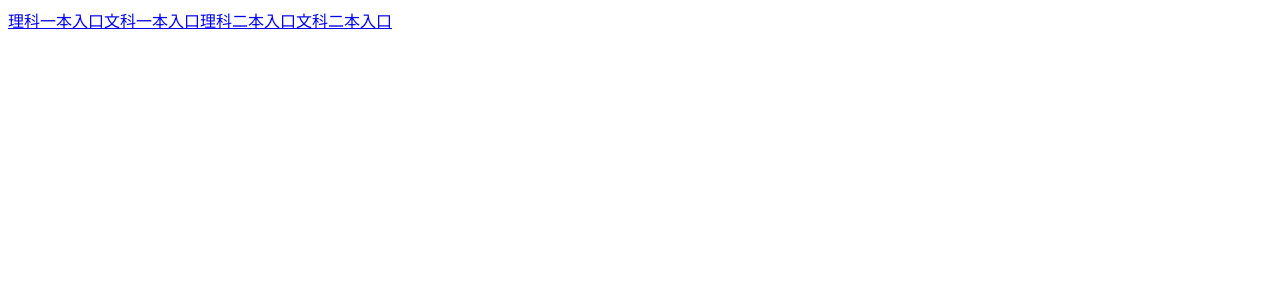
Repository: ClearLove007/Zhiyuan
Page: http://localhost/Zhiyuan/home.jsp
The author's editor kept a copy of each file at every save. The page is drawn from the files as they stood at one save, then again after the next save.
The browser window is 1280 px wide. The pictures show the whole page.
The page is served by Tomcat 9. Other server files are loaded and not shown.

Above is the page before, as saved 2019-06-10 23:18:56.

### Zhiyuan/WebContent/home.jsp
<?xml version="1.0" encoding="utf-8" ?>
<%@ page language="java" contentType="text/html; charset=utf-8"
	pageEncoding="utf-8"%>
<!DOCTYPE html PUBLIC "-//W3C//DTD XHTML 1.0 Transitional//EN" "http://www.w3.org/TR/xhtml1/DTD/xhtml1-transitional.dtd">
<html xmlns="http://www.w3.org/1999/xhtml"
	xmlns:f="http://java.sun.com/jsf/core"
	xmlns:h="http://java.sun.com/jsf/html">
<head>
<meta http-equiv="Content-Type" content="text/html; charset=utf-8" />
<title>高考志愿查询</title>
</head>
<body>
	<table  align="center">
		<tr><a href="L1In.jsp">理科一本入口</a></tr>
		<tr><a href="W1In.jsp">文科一本入口</a></tr>
		<tr><a href="L2In.jsp">理科二本入口</a></tr>
		<tr><a href="W2In.jsp">文科二本入口</a></tr>
	</table>
</body>
</html>

After the next save:
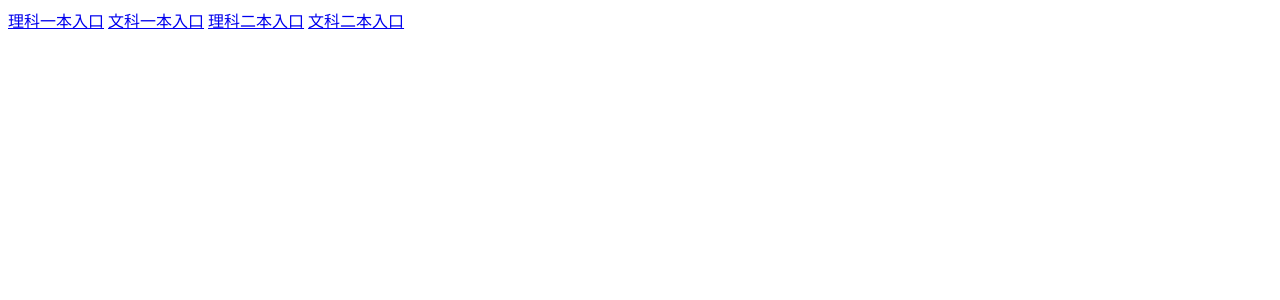
Saved 75 s later.
--- a/Zhiyuan/WebContent/home.jsp
+++ b/Zhiyuan/WebContent/home.jsp
@@ -10,11 +10,11 @@
 <title>高考志愿查询</title>
 </head>
 <body>
-	<table  align="center">
-		<tr><a href="L1In.jsp">理科一本入口</a></tr>
-		<tr><a href="W1In.jsp">文科一本入口</a></tr>
-		<tr><a href="L2In.jsp">理科二本入口</a></tr>
-		<tr><a href="W2In.jsp">文科二本入口</a></tr>
-	</table>
+
+		<a href="L1In.jsp">理科一本入口</a>
+		<a href="W1In.jsp">文科一本入口</a>
+		<a href="L2In.jsp">理科二本入口</a>
+		<a href="W2In.jsp">文科二本入口</a>
+
 </body>
 </html>
